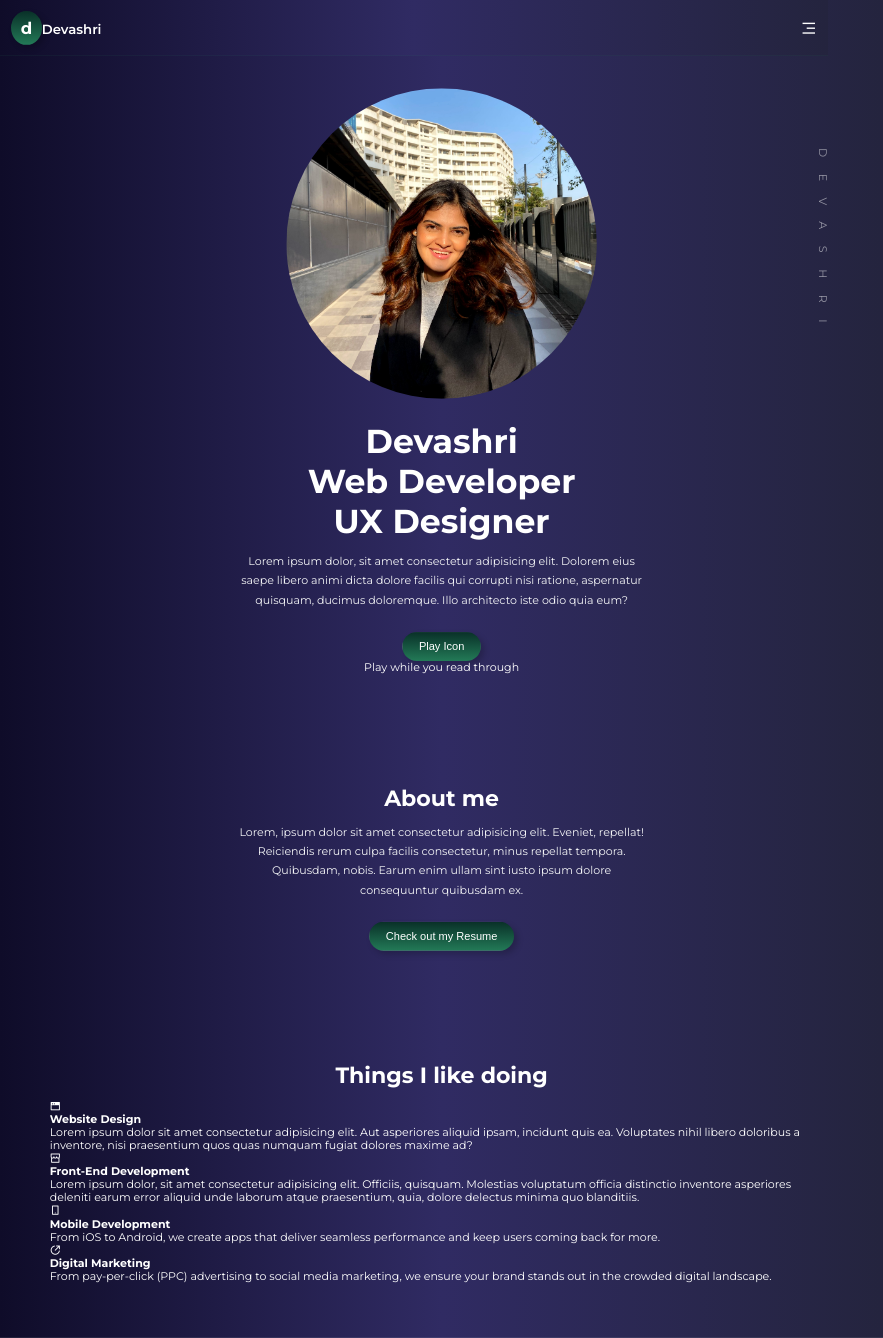
Repository: devashrisamani/devashrisamani.github.io
Page: index.html
An editor plug-in stored every save of this project. The page is shown before and after the next save, followed by the edit.
The browser window is 1280 px wide. The pictures show the whole page, at 69% of full size.

Above is the page before, as saved 2025-09-24 19:32:36.

After the next save:
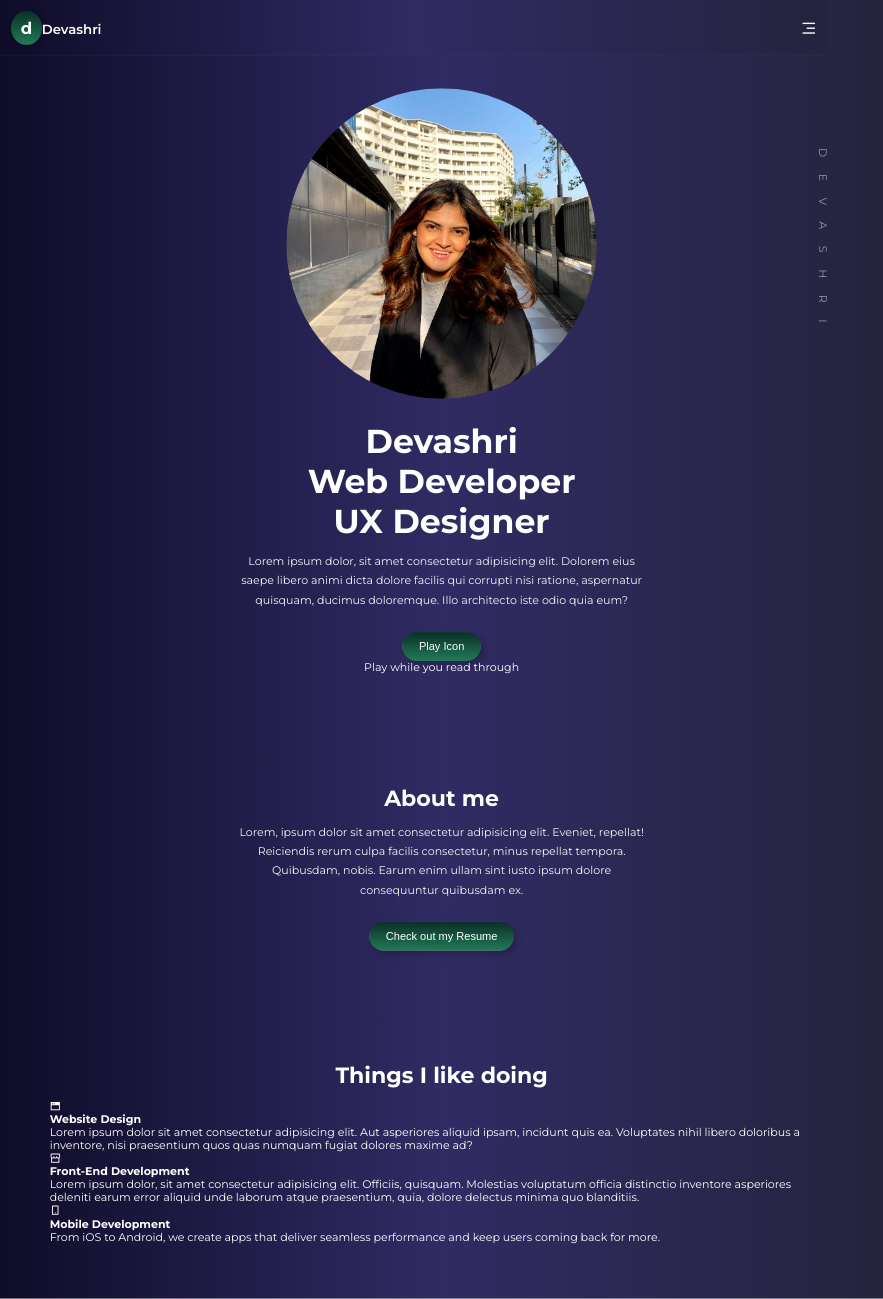
Saved 5 s later.
--- a/index.html
+++ b/index.html
@@ -107,15 +107,6 @@
             performance and keep users coming back for more.
           </p>
         </div>
-
-        <div class="service__card">
-          <span><i class="ri-share-circle-line"></i></span>
-          <h4>Digital Marketing</h4>
-          <p>
-            From pay-per-click (PPC) advertising to social media marketing, we
-            ensure your brand stands out in the crowded digital landscape.
-          </p>
-        </div>
       </div>
     </section>
   </body>
